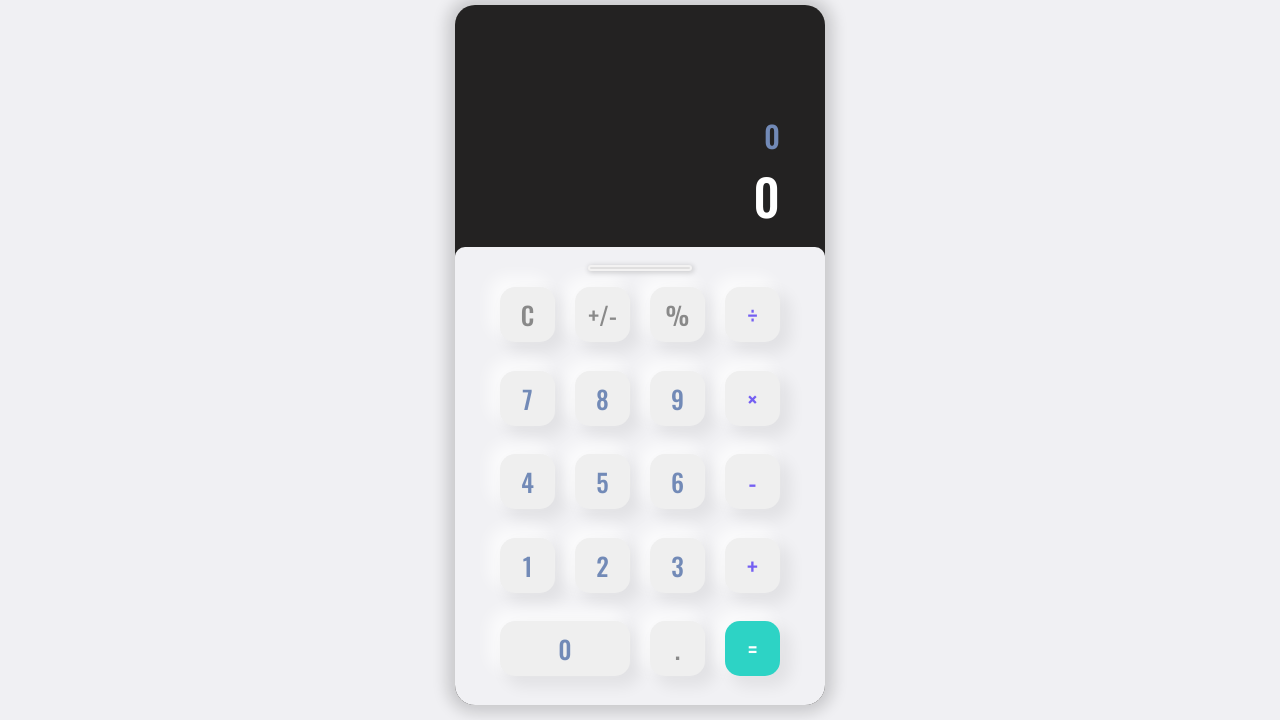
Repository: BrunoBross/calculator
Page: index.html
An editor plug-in stored every save of this project. The page is shown before and after a run of saves, followed by the edit.
The browser window is 1280 px wide. The pictures show the whole page.

Above is the page before, as saved 2021-12-01 01:48:48.

After the next 2 saves:
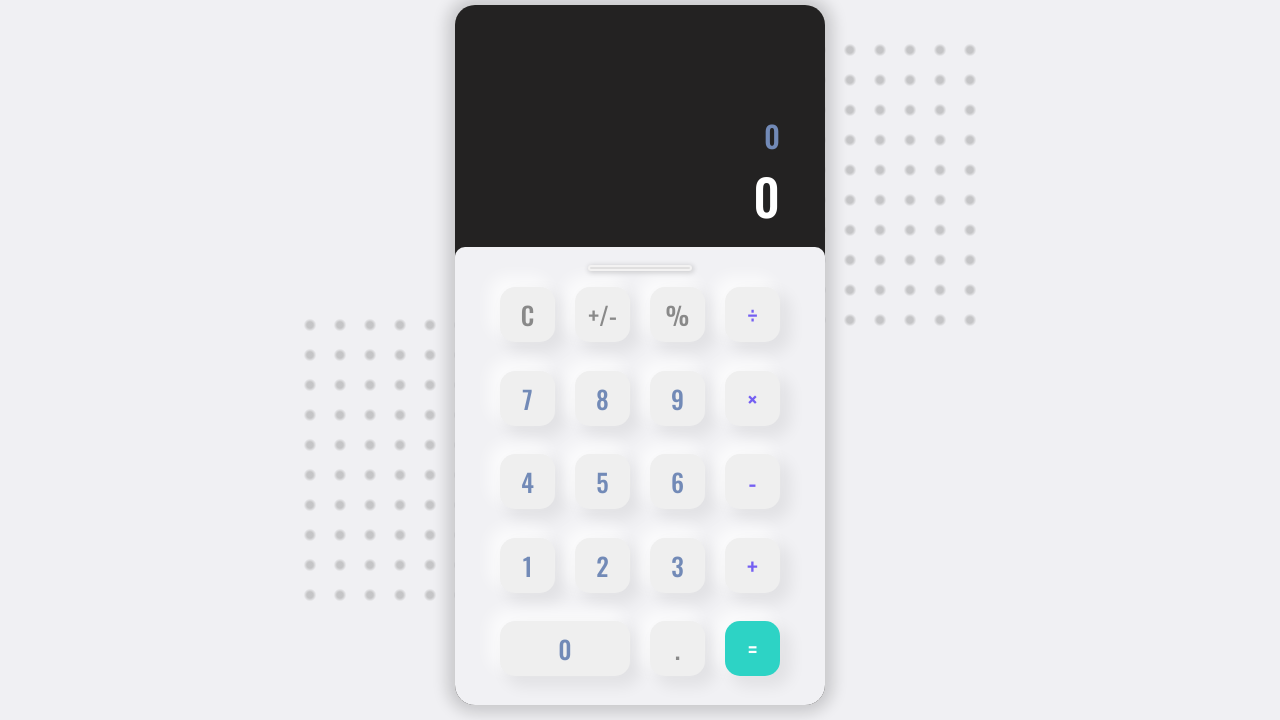
The 2 saves are shown as one change because they came seconds apart.
The last was saved 28 s later.
--- a/index.html
+++ b/index.html
@@ -45,9 +45,9 @@
       <div class="square"></div>
       <div class="small-circle"></div>
       <div class="circle"></div>
-      <div class="dots"></div>
-      <div class="dots1"></div>
     </div>
+    <div class="dots"></div>
+    <div class="dots1"></div>
   </main>
 </body>
 <script src="./script.js"></script>

After the save that followed:
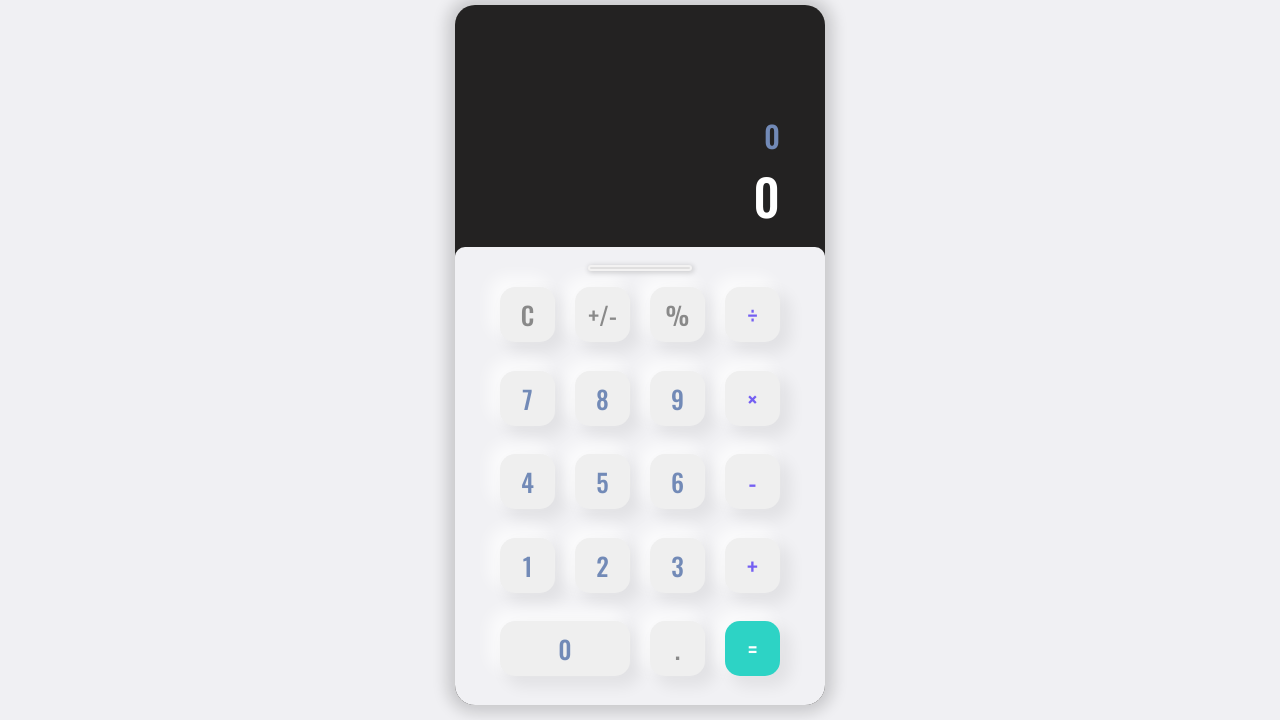
Saved 13 s later.
--- a/index.html
+++ b/index.html
@@ -45,9 +45,9 @@
       <div class="square"></div>
       <div class="small-circle"></div>
       <div class="circle"></div>
+      <div class="dots"></div>
+      <div class="dots1"></div>
     </div>
-    <div class="dots"></div>
-    <div class="dots1"></div>
   </main>
 </body>
 <script src="./script.js"></script>
